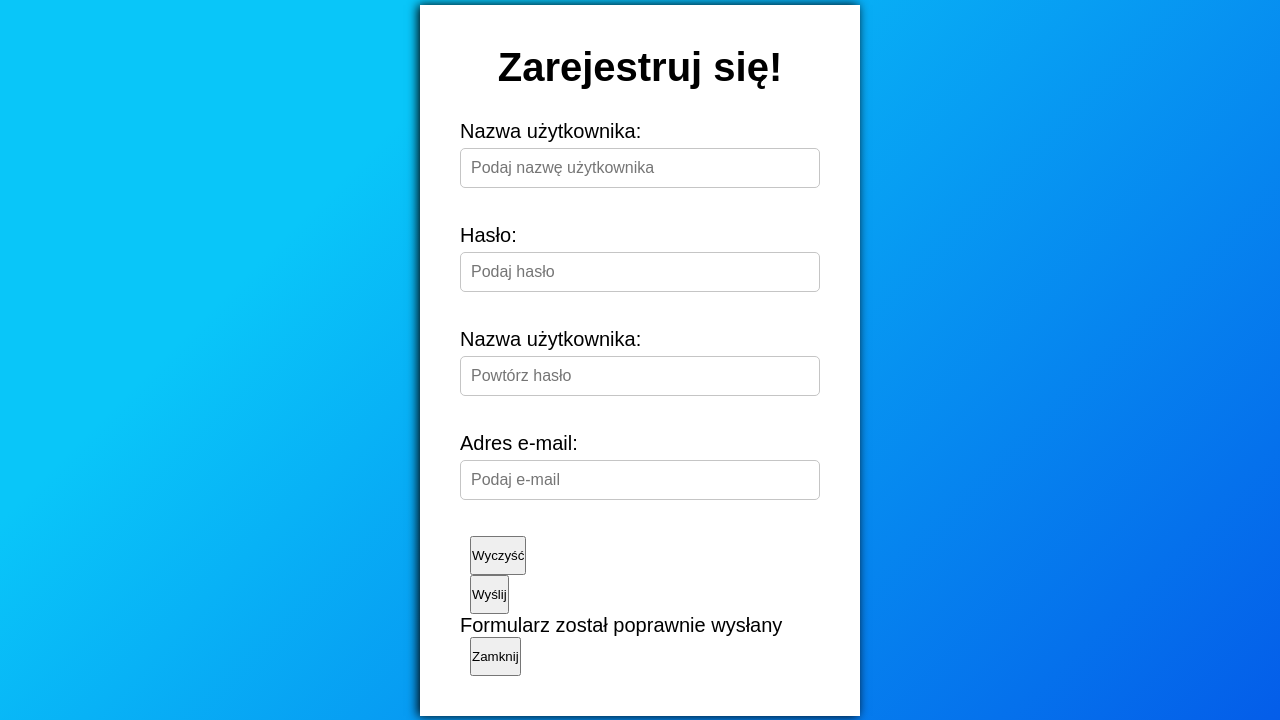
Repository: KrzysKolo/Projekt-3_Formularz-rejestracyjny
Page: index.html
These files come from the project's save history. The page is drawn as it stood at one moment and after the next save; the edit follows.
The browser window is 1280 px wide. The pictures show the whole page.
Some web fonts or font styles are not loaded; a fallback is used.

Above is the page before, as saved 2020-07-04 02:20:35.

### index.html
<!DOCTYPE html>
<html lang="en">
  <head>
    <meta charset="UTF-8" />
    <meta name="viewport" content="width=device-width, initial-scale=1.0" />
    <title>Projekt 3 - Logowanie</title>
    <link
      href="https://fonts.googleapis.com/css2?family=Aldrich&family=Overpass+Mono:wght@300&display=swap"
      rel="stylesheet"
    />
    <link rel="stylesheet" href="./css/style.css" />
  </head>
  <body>
    <main class="wrapper">
      <form class="form">
        <h1>Zarejestruj się!</h1>
        <div class="form-box">
          <label for="username">Nazwa użytkownika: </label>
          <input
            type="text"
            id="username"
            placeholder="Podaj nazwę użytkownika"
          />
          <p class="error-text">error</p>
        </div>

        <div class="form-box">
          <label for="password">Hasło: </label>
          <input type="password" id="password" placeholder="Podaj hasło" />
          <p class="error-text">error</p>
        </div>

        <div class="form-box">
          <label for="password2">Nazwa użytkownika: </label>
          <input type="password" id="password2" placeholder="Powtórz hasło" />
          <p class="error-text">error</p>
        </div>

        <div class="form-box">
          <label for="email">Adres e-mail: </label>
          <input type="email" id="email" placeholder="Podaj e-mail" />
          <p class="error-text">error</p>
        </div>

        <div class="control-button">
          <button class="clear">Wyczyść</button>
          <button class="send">Wyślij</button>
        </div>

        <div class="popup">
          <p>Formularz został poprawnie wysłany</p>
          <button class="close">Zamknij</button>
        </div>
      </form>
    </main>
  </body>
</html>

### css/style.css
* {
  box-sizing: border-box;
  margin: 0;
  padding: 0;
}
body {
  display: flex;
  justify-content: center;
  align-items: center;
  min-height: 100vh;
  font-family: "Aldrich", sans-serif;
  background-image: linear-gradient(315deg, #045de9 0%, #09c6f9 74%);
}
.wrapper {
  width: 440px;
  background-color: #fff;
  box-shadow: -2px 0 10px #000;
}
.form {
  padding: 40px;
  font-size: 20px;
}
h1 {
  margin-bottom: 30px;
  text-align: center;
}
.form-box {
  margin-bottom: 15px;
}
.form-box label {
  display: inline-block;
  margin-bottom: 5px;
}
.form-box input {
  width: 100%;
  padding: 10px;
  font-size: 16px;
  border: 1px solid rgb(197, 197, 197);
  border-radius: 5px;
}
.form-box.error input {
  border: 1px solid rgb(0, 117, 250);
  background-color: 1px solid rgba(0, 117, 250, 0.1);
}
.form-box .error-text {
  margin: 5px 0 0 10px;
  font-size: 14px;
  color: 1px solid rgb(0, 117, 250);
  font-family: "Overpass Mono", monospace;
  visibility: hidden;
}
.form-box.error .error-text {
  visibility: visible;
}
.control-buttons {
  display: flex;
  justify-content: flex-end;
}
.send,
.clear,
.close {
  display: block;
  padding: 10px 0;
  margin-left: 10px;
}

After the next save:
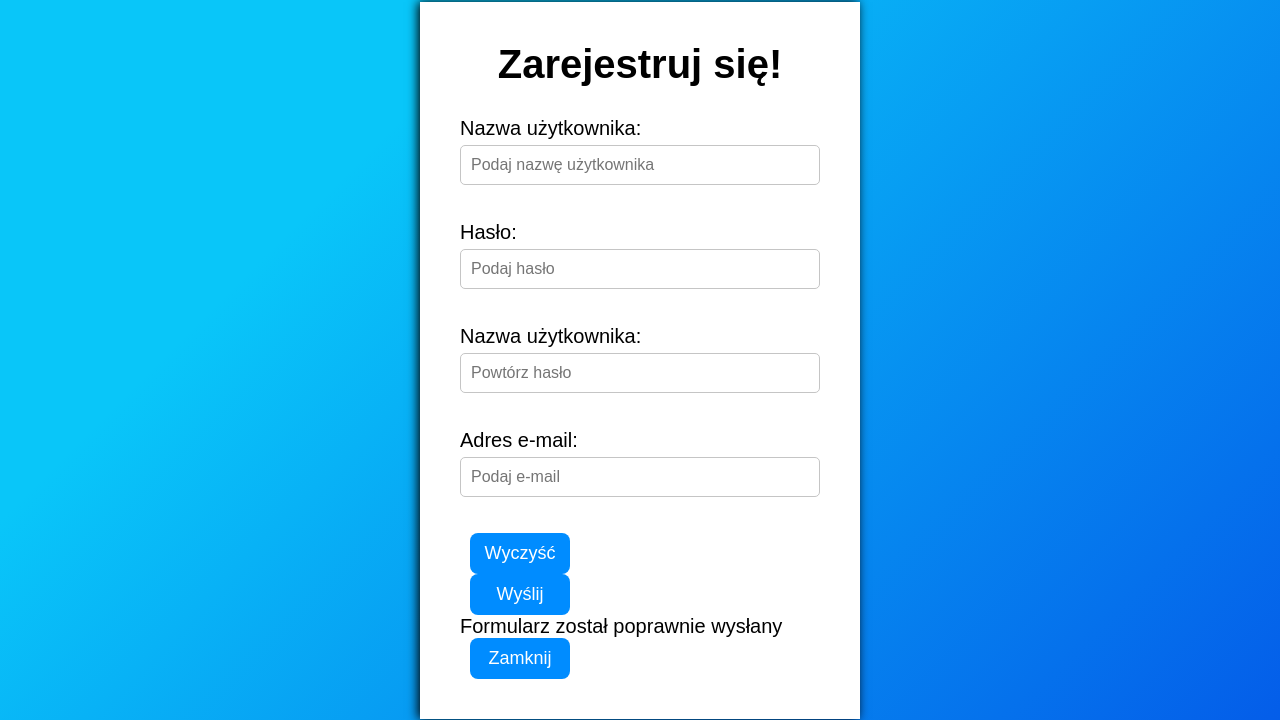
Saved 2 min 27 s later.
--- a/css/style.css
+++ b/css/style.css
@@ -62,4 +62,11 @@ h1 {
   display: block;
   padding: 10px 0;
   margin-left: 10px;
+  width: 100px;
+  font-size: 18px;
+  background-color: rgb(0, 140, 255);
+  color: #fff;
+  border: none;
+  border-radius: 8px;
+  cursor: pointer;
 }
